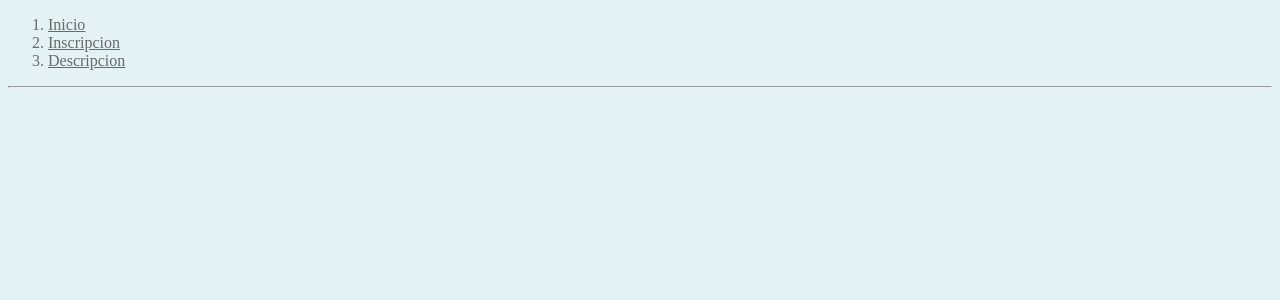
Repository: Arito05/Mi-primer-Repositorio
Page: nuevo/zdescripcion.html
These files come from the project's save history. The page is drawn as it stood at one moment and after a run of saves; the edit follows.
The browser window is 1280 px wide. The pictures show the whole page.

Above is the page before, as saved 2024-07-20 11:21:21.

### nuevo/zdescripcion.html
<!DOCTYPE html>
<html lang="en">
  <head>
    <meta charset="UTF-8" />
    <meta name="viewport" content="width=device-width, initial-scale=1.0" />
    <title>Document</title>
     <style>
      body {
        background-color: rgb(226, 242, 245);
      }
    </style>
  </head>
  <body>
    <ol style="color: dimgrey">
      <li><a href="inicio.html" style="color: dimgrey">Inicio</a></li>
      <li><a href="inscripcion.html" style="color: dimgrey">Inscripcion</a></li>
      <li>
        <a href="zdescripcion.html" style="color: dimgrey">Descripcion</a>
      </li>
    </ol>
    <hr style="color: gray" />
  </body>
</html>

After the next 2 saves:
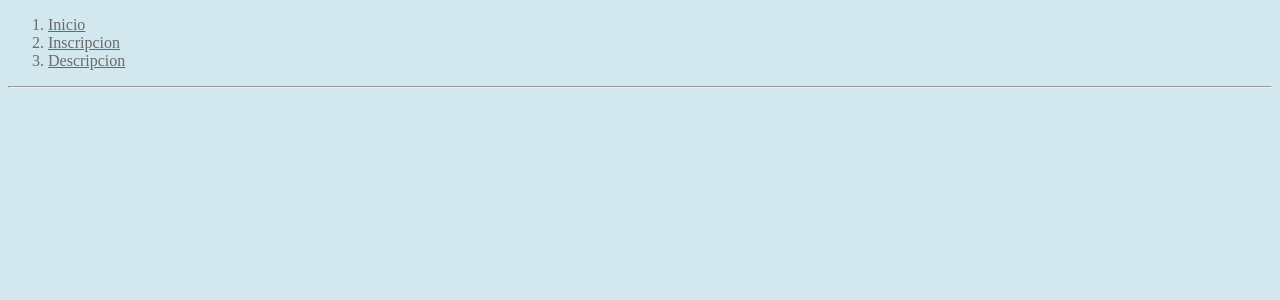
The 2 saves are shown as one change because they came seconds apart.
The last was saved 6 s later.
--- a/nuevo/zdescripcion.html
+++ b/nuevo/zdescripcion.html
@@ -6,7 +6,7 @@
     <title>Document</title>
      <style>
       body {
-        background-color: rgb(226, 242, 245);
+        background-color: rgb(211, 232, 238);
       }
     </style>
   </head>
